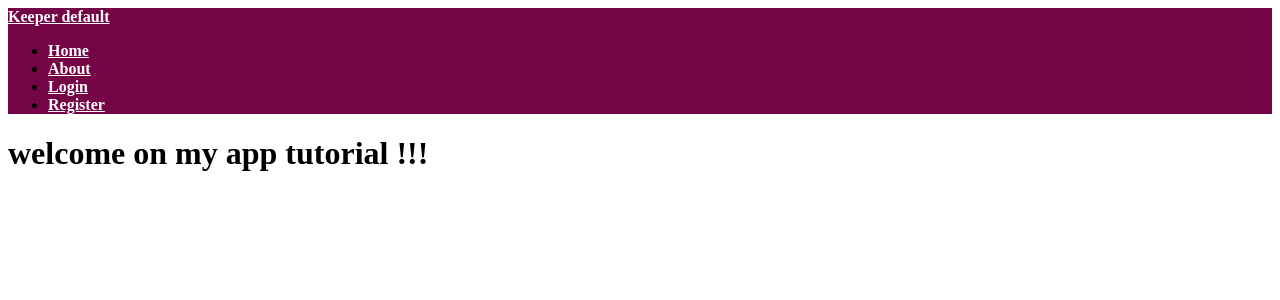
Repository: 3bdulrahman/contact-keeper
Page: / (app in client/)
These files come from the project's save history. The page is drawn as it stood at one moment and after the next save; the edit follows.
The browser window is 1280 px wide. The pictures show the whole page.
The project was rebuilt for these pictures with package versions that can differ from the ones it lists, and the page was loaded fresh each time.

Above is the page before, as saved 2020-03-29 21:20:09.

After the next save:
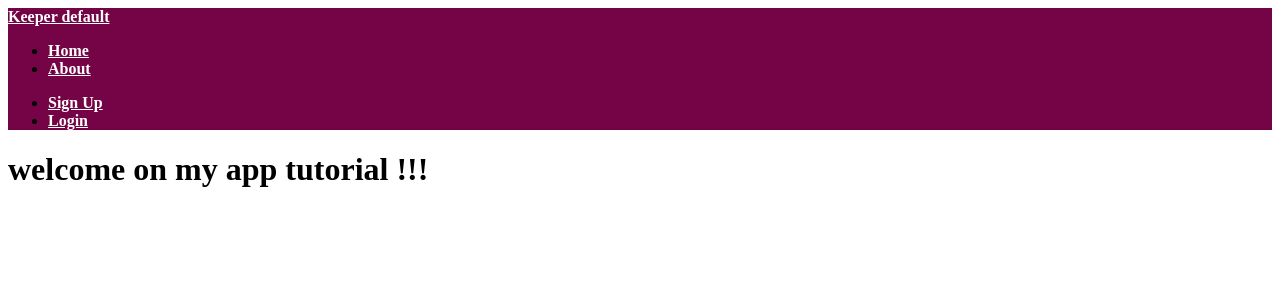
Saved 54 s later.
--- a/client/src/components/layout/Navbar.js
+++ b/client/src/components/layout/Navbar.js
@@ -11,9 +11,12 @@ import PropTypes from 'prop-types'
           <ul class="nav navbar-nav">
             <li class="active"><a href="#">Home</a></li>
             <li><a href="#">About</a></li>
-            <li><a href="#">Login</a></li>
-            <li><a href="#">Register</a></li>
+
           </ul>
+          <ul class="nav navbar-nav navbar-right">
+      <li><a href="#"><span class="glyphicon glyphicon-user"></span> Sign Up</a></li>
+      <li><a href="#"><span class="glyphicon glyphicon-log-in"></span> Login</a></li>
+    </ul>
         </div>
       </nav>
     )
